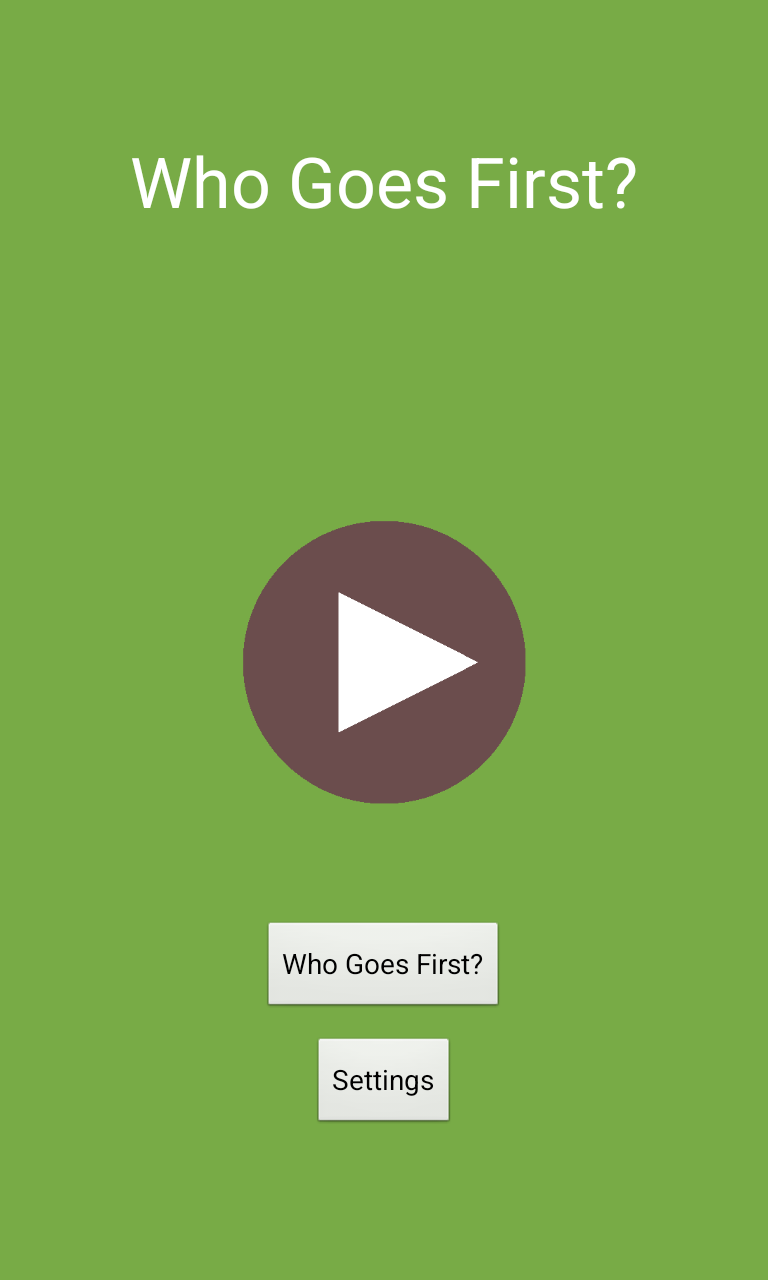
Repository: DarwinLYang/WhoGoesFirstApp
Layout: Who First/WhoFirst/res/layout/fragment_main.xml
An editor plug-in stored every save of this project. The layout is shown before and after the next save, followed by the edit.
It is drawn on a 768 x 1280 px phone screen (xhdpi) without system bars, with theme android:Theme.NoTitleBar.Fullscreen; the app's code is not run.

Above is the layout before, as saved 2014-04-09 21:37:12.

### Who First/WhoFirst/res/layout/fragment_main.xml
<RelativeLayout xmlns:android="http://schemas.android.com/apk/res/android"
    xmlns:tools="http://schemas.android.com/tools"
    android:id="@+id/TitleScreen"
    android:layout_width="match_parent"
    android:layout_height="match_parent"
    android:background="@color/green"
    android:gravity="center_horizontal" >

    <TextView
        android:id="@+id/setttingsTitle"
        android:layout_width="wrap_content"
        android:layout_height="wrap_content"
        android:layout_alignParentTop="true"
        android:layout_centerHorizontal="true"
        android:layout_marginTop="67dp"
        android:text="Who Goes First?"
        android:textAppearance="?android:attr/textAppearanceLarge"
        android:textSize="35sp" />

        <ImageButton
        android:id="@+id/imageButton1"
        android:layout_width="200dip"
        android:layout_height="200dip"
        android:layout_above="@+id/questionButton"
        android:layout_centerHorizontal="true"
        android:layout_marginBottom="29dp"
        android:background="@drawable/start_button"
        android:onClick="questionScreen"
        android:gravity="center_vertical|center_horizontal" />

    <Button
        android:id="@+id/questionButton"
        android:layout_width="wrap_content"
        android:layout_height="wrap_content"
        android:layout_alignParentBottom="true"
        android:layout_centerHorizontal="true"
        android:layout_marginBottom="132dp"

        android:text="@string/button_question" />

    <Button
        android:id="@+id/settingsButton"
        android:layout_width="wrap_content"
        android:layout_height="wrap_content"
        android:layout_alignTop="@+id/questionButton"
        android:layout_centerHorizontal="true"
        android:layout_marginTop="58dp"
        android:onClick="settingsScreen"
        android:text="@string/button_setting" />



</RelativeLayout>

### Who First/WhoFirst/res/values/strings.xml
<?xml version="1.0" encoding="utf-8"?>
<resources>

    <string name="app_name">Who Goes First</string>
    <string name="button_question">Who Goes First?</string>
    <string name="button_setting">Settings</string>
    <string name="button_next_question">Give me another</string>
    <string name="action_settings">Settings</string>
    <string name="title_activity_main">MainActivity</string>
    <string name="title_activity_question">QuestionActivity</string>
    <string name="title_activity_settings">SettingsActivity</string>
    <string name="text_question_title">Question</string>
    <string name="text_default_question">Default Question</string>

    <color name="green">#78AB46</color>
    <color name="blue">#43BFC7</color>
    <color name="red">#E77471</color>

</resources>

After the next save:
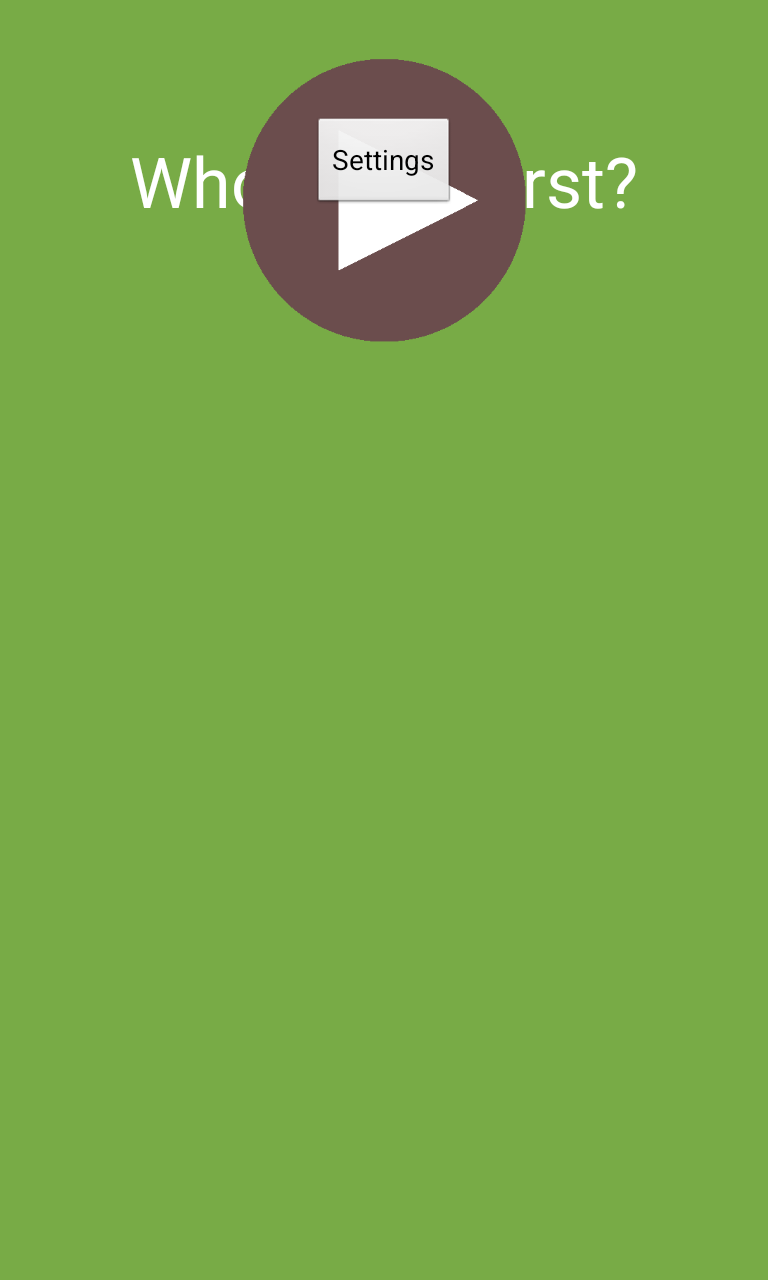
Saved 19 s later.
--- a/Who First/WhoFirst/res/layout/fragment_main.xml
+++ b/Who First/WhoFirst/res/layout/fragment_main.xml
@@ -28,15 +28,6 @@
         android:onClick="questionScreen"
         android:gravity="center_vertical|center_horizontal" />
 
-    <Button
-        android:id="@+id/questionButton"
-        android:layout_width="wrap_content"
-        android:layout_height="wrap_content"
-        android:layout_alignParentBottom="true"
-        android:layout_centerHorizontal="true"
-        android:layout_marginBottom="132dp"
-
-        android:text="@string/button_question" />
 
     <Button
         android:id="@+id/settingsButton"
